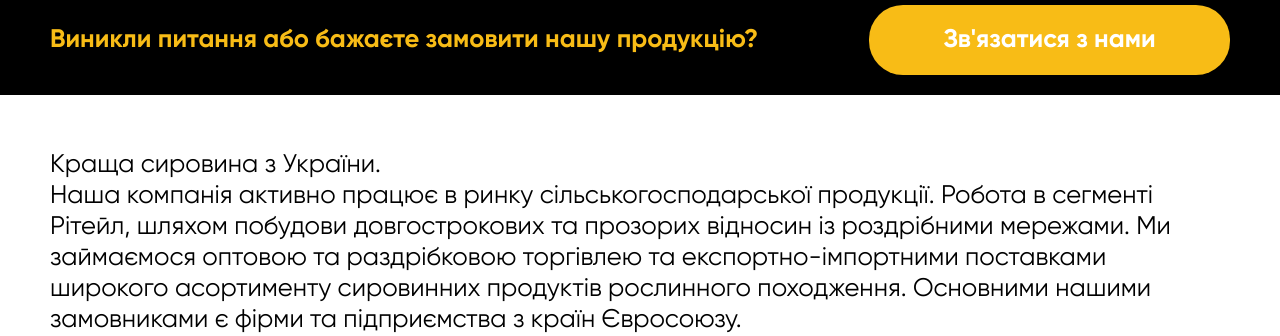
Repository: fanbear/Kubetol
Page: index.html
The author's editor kept a copy of each file at every save. The page is drawn from the files as they stood at one save, then again after the next save.
The browser window is 1280 px wide. The pictures show the part of the page from y = 1198 to 1980 px (the page is 1534 px tall before and 1980 px after).

Above is the page before, as saved 2023-04-06 20:07:49.

After the next save:
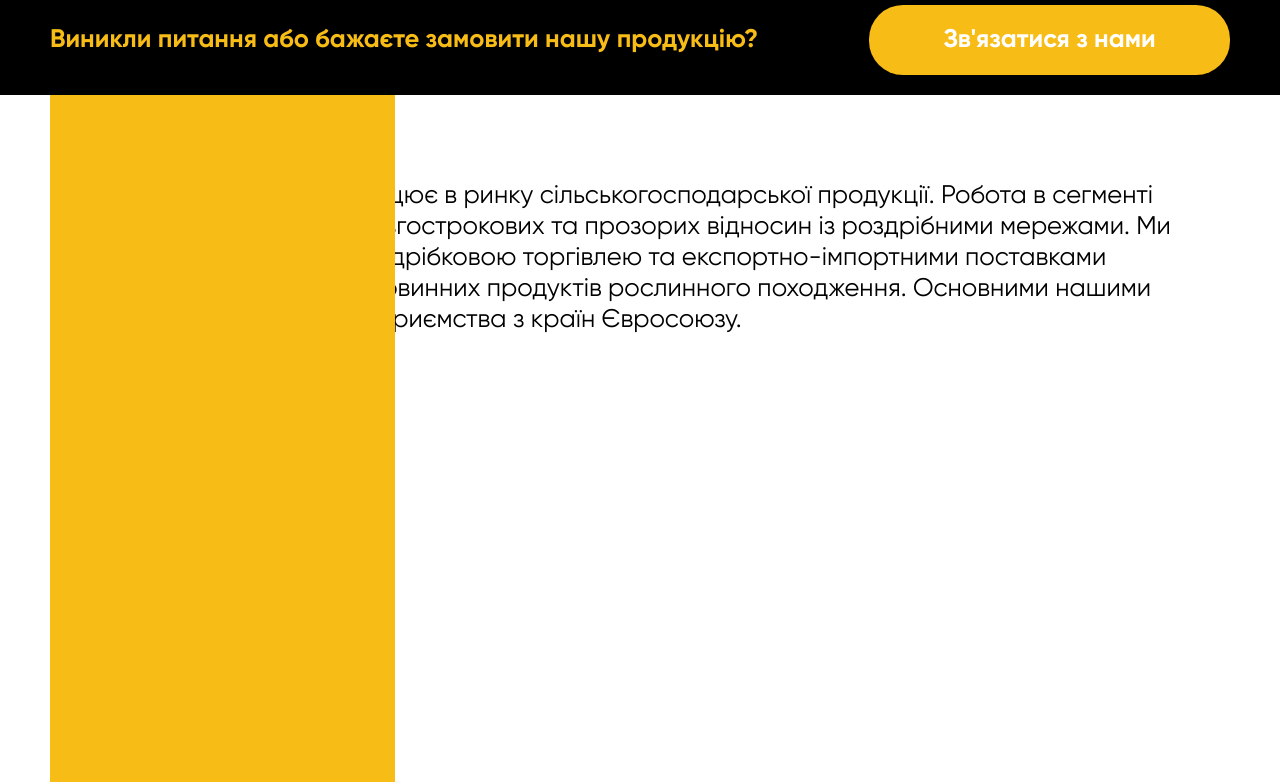
Saved 24 s later.
--- a/css/main.css
+++ b/css/main.css
@@ -188,7 +188,7 @@
 }
 
 .kubetol-digits__figure {
-    height: auto;
+    height: 687px;
     background-color: var(--yellow-color);
     min-width: 345px;
     position: absolute;
